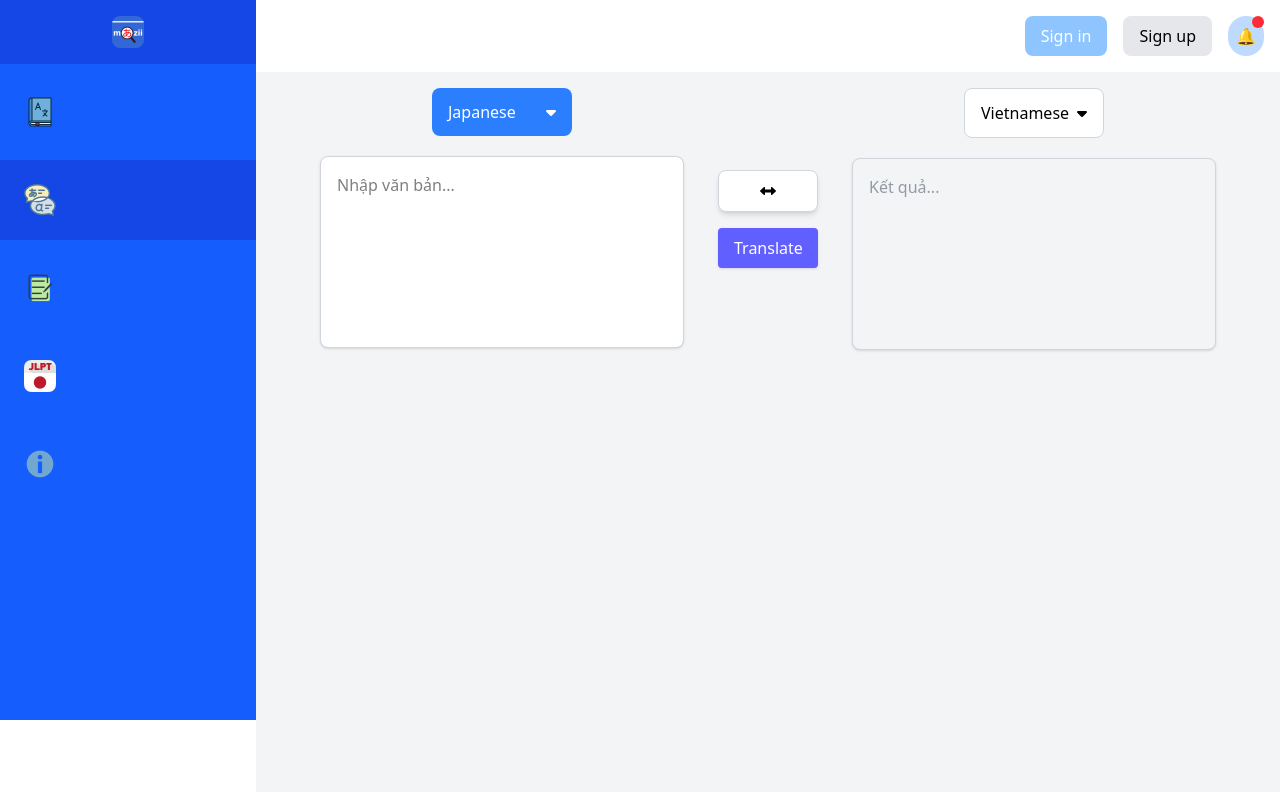
Repository: reminzuetto/JapaneseTranslationApp
Page: /translate
An editor plug-in stored every save of this project. The page is shown before and after the next save, followed by the edit.
The browser window is 1280 px wide. The pictures show the whole page.
The page's requests for data from a server got no answer. The project was rebuilt for these pictures with package versions that can differ from the ones it lists, and the page was loaded fresh each time. No one was signed in, and anything a server would have sent is missing. Also part of the build but not shown: vite.config.js, src/components/Header/NotificationItem.jsx, src/components/SeachBar/DropDownButton.jsx, src/components/SeachBar/SearchInput.jsx, src/components/SeachBar/SearchBar.jsx, src/pages/Home.jsx, src/Firebase.jsx, src/pages/SignInForm.jsx and 5 more.

Above is the page before, as saved 2025-03-18 00:13:04.

### src/App.jsx
import React, { useState } from "react";
import { BrowserRouter as Router, Routes, Route } from "react-router-dom";
import Header from "./components/Header/Header";
import Home from "./pages/Home";
import Sidebar from "./components/SideBar/SideBar";
import SignInForm from "./pages/SignInForm";
import SignUpForm from "./pages/SignUpForm";
import SearchPage from "./pages/SearchPage";
import TranslatePage from "./pages/TranslatePage";
import CollectionPage from "./pages/CollectionPage";
import JLPTPage from "./pages/JLPTPage";
import AboutPage from "./pages/AboutPage";

function App() {
  const [isSidebarOpen, setIsSidebarOpen] = useState(false);

  return (
    <Router>
      <div className="flex">
        {/* Sidebar */}
        <Sidebar isOpen={isSidebarOpen} setIsOpen={setIsSidebarOpen} />

        {/* Nội dung chính */}
        <div
          className={`flex-1 transition-all duration-300 ${
            isSidebarOpen ? "ml-64" : "ml-20"
          }`}
        >
          <Header />
          <Routes>
            <Route path="/" element={<Home />} />
            <Route path="/signin" element={<SignInForm />} />
            <Route path="/signup" element={<SignUpForm />} />
            <Route path="/search" element={<SearchPage />} />
            <Route path="/translate" element={<TranslatePage />} />
            <Route path="/collection" element={<CollectionPage />} />
            <Route path="/jlpt" element={<JLPTPage />} />
            <Route path="/about" element={<AboutPage />} />
          </Routes>
        </div>
      </div>
    </Router>
  );
}

export default App;

### src/components/Header/Header.jsx
import React, { useState } from "react";
import useClickOutside from "../../hooks/useClickOutside";
import notificationsData from "/src/Data.js";
import NotificationItem from "../Header/NotificationItem";
import { Link } from "react-router-dom";

const Header = () => {
  const { show, setShow, nodeRef } = useClickOutside();
  const [notifications, setNotifications] = useState(notificationsData);

  const markAsSeen = (id) => {
    setNotifications((prev) =>
      prev.map((item) => (item.id === id ? { ...item, seen: true } : item))
    );
  };

  return (
    <header className="flex items-center justify-end p-4 bg-white shadow-md  top-0 left-0 w-full z-50">
      <div className="flex items-center gap-4">
        <Link to="/signin">
          <button className="px-4 py-2 text-white bg-blue-300 rounded-lg hover:bg-blue-500">
            Sign in
          </button>
        </Link>

        <Link to="/signup">
          <button className="px-4 py-2 text-blue bg-gray-200 rounded-lg hover:bg-blue-500 hover:text-white">
            Sign up
          </button>
        </Link>
        <div className="relative" ref={nodeRef}>
          <div
            className="relative p-2 rounded-full bg-blue-200 hover:bg-blue-400 cursor-pointer"
            onClick={() => setShow(!show)}
          >
            🔔
            {notifications.some((item) => !item.seen) && (
              <span className="absolute top-0 right-0 w-3 h-3 bg-red-500 rounded-full"></span>
            )}
          </div>

          {show && (
            <div className="absolute top-full -left-2 min-w-[250px] translate-x-[-100%] mt-2 bg-white shadow-lg rounded-lg border border-gray-200">
              {notifications.length > 0 ? (
                notifications.map((item) => (
                  <NotificationItem
                    key={item.id}
                    id={item.id}
                    title={item.title}
                    time={item.time}
                    seen={item.seen}
                    onMarkAsSeen={markAsSeen}
                  />
                ))
              ) : (
                <div className="p-4 text-center text-gray-400">
                  Không có thông báo mới
                </div>
              )}
            </div>
          )}
        </div>
      </div>
    </header>
  );
};

export default Header;

### src/components/SideBar/SideBar.jsx
import React from "react";
import { NavLink } from "react-router-dom";

const SidebarItem = ({ src, text, to }) => (
  <li className="w-full">
    <NavLink
      to={to}
      className={({ isActive }) =>
        `flex items-center h-20 text-gray-200 no-underline transition duration-500 hover:bg-blue-700 hover:text-white hover:shadow-lg hover:font-bold hover:rounded-lg hover:ml-3 hover:mr-3 ${
          isActive ? "bg-blue-700 font-bold text-white" : ""
        }`
      }
    >
      <img className="w-8 min-w-8 mx-6" src={src} alt={text} />
      <span className="hidden group-hover:block ml-4">{text}</span>
    </NavLink>
  </li>
);

const SideBar = ({ isOpen, setIsOpen }) => {
  const menuItems = [
    { src: "/src/assets/SearchIcon.png", text: "Search", to: "/search" },
    {
      src: "/src/assets/TranslateIcon.png",
      text: "Translate",
      to: "/translate",
    },
    {
      src: "/src/assets/CollectionIcon.png",
      text: "Collection",
      to: "/collection",
    },
    { src: "/src/assets/JLPTIcon.png", text: "JLPT", to: "/jlpt" },
    { src: "/src/assets/AboutIcon.jpg", text: "About us", to: "/about" },
  ];

  return (
    <nav
      className={`w-20 h-screen fixed z-51 bg-blue-600 transition-all duration-200 hover:w-64 group ${
        isOpen ? "w-64" : "w-20"
      }`}
      onMouseEnter={() => setIsOpen(true)}
      onMouseLeave={() => setIsOpen(false)}
    >
      <ul className="flex flex-col items-center space-y-2">
        <li className="w-full text-center py-4 bg-blue-700 font-bold uppercase text-white text-2xl">
          <NavLink className="flex items-center justify-center" to="/">
            <img
              className="w-8 h-8 rounded-lg transition-transform duration-600 group-hover:rotate-[-360deg]"
              src="/src/assets/MaziiLogo.png"
              alt="Mazii logo"
            />
            <span className="hidden group-hover:block ml-4">Mazzi</span>
          </NavLink>
        </li>
        {menuItems.map((item, index) => (
          <SidebarItem
            key={index}
            src={item.src}
            text={item.text}
            to={item.to}
          />
        ))}
      </ul>
    </nav>
  );
};

export default SideBar;

### src/pages/TranslatePage.jsx
import React, { useState } from "react";
import LanguageSelector from "../components/TranslatePage/LanguageSelector";
import TextBox from "../components/TranslatePage/TextBox";
import { FontAwesomeIcon } from "@fortawesome/react-fontawesome";
import { faArrowsAltH } from "@fortawesome/free-solid-svg-icons";

const TranslatePage = () => {
  const [state, setState] = useState({
    text: "",
    translatedText: "",
    sourceLang: "ja",
    targetLang: "vi",
  });

  const languageOptions = [
    { label: "Japanese", value: "ja" },
    { label: "Vietnamese", value: "vi" },
    { label: "English", value: "en" },
  ];

  const handleTranslate = async () => {
    if (!state.text) return;
    setState((prev) => ({
      ...prev,
      translatedText: `(${prev.targetLang}) ${prev.text}`,
    }));
  };

  const swapLanguages = () => {
    setState((prev) => ({
      ...prev,
      sourceLang: prev.targetLang,
      targetLang: prev.sourceLang,
      text: prev.translatedText,
      translatedText: prev.text,
    }));
  };

  return (
    <div className="flex flex-col items-center min-h-screen bg-gray-100 p-4">
      <div className="grid grid-cols-12 gap-4 max-w-4xl w-full">
        {/* Ô nhập ngôn ngữ gốc */}
        <div className="col-span-5 flex flex-col items-center gap-5">
          <LanguageSelector
            type="from"
            value={state.sourceLang}
            onChange={(lang) =>
              setState((prev) => ({ ...prev, sourceLang: lang }))
            }
            options={languageOptions}
          />
          <TextBox
            value={state.text}
            onChange={(text) => setState((prev) => ({ ...prev, text }))}
          />
        </div>

        {/* Khu vực nút chuyển đổi */}
        <div className="col-span-2 flex flex-col  justify-center items-center space-y-4">
          <button
            onClick={swapLanguages}
            className="p-2 bg-white w-[100px] text-black rounded-lg shadow-md border border-gray-300 hover:bg-gray-200 transition"
          >
            <FontAwesomeIcon icon={faArrowsAltH} />
          </button>

          <button
            onClick={handleTranslate}
            className="px-4 py-2 flex item-center w-[100px] bg-indigo-500 text-white rounded shadow hover:bg-indigo-600"
          >
            Translate
          </button>
        </div>

        {/* Ô hiển thị kết quả dịch */}
        <div className="col-span-5 flex flex-col items-center gap-5">
          <LanguageSelector
            type="to"
            value={state.targetLang}
            onChange={(lang) =>
              setState((prev) => ({ ...prev, targetLang: lang }))
            }
            options={languageOptions}
          />
          <TextBox value={state.translatedText} readOnly />
        </div>
      </div>
    </div>
  );
};

export default TranslatePage;

### src/hooks/useClickOutside.jsx
import { useEffect, useRef, useState } from "react";

export default function useClickOutside(dom = "button") {
  const [show, setShow] = useState(false);
  const nodeRef = useRef(null);
  useEffect(() => {
    const handleClickOutside = (event) => {
      if (
        nodeRef.current &&
        !nodeRef.current.contains(event.target) &&
        !event.target.matches(dom)
      ) {
        setShow(false);
      }
    };
    document.addEventListener("click", handleClickOutside);
    return () => {
      document.removeEventListener("click", handleClickOutside);
    };
  }, []);

  return {
    show,
    setShow,
    nodeRef,
  };
}

### src/Data.js
const notificationsData = [
  {
    id: 1,
    title: "JavaScript Update",
    content: "Phiên bản mới của JavaScript đã được phát hành.",
    time: "10 phút trước",
    seen: false,
  },
  {
    id: 2,
    title: "ReactJS Tips",
    content: "Học cách tối ưu hóa hiệu suất trong ReactJS.",
    time: "30 phút trước",
    seen: true,
  },
  {
    id: 3,
    title: "VueJS News",
    content: "Vue 3 đang ngày càng phổ biến hơn!",
    time: "1 giờ trước",
    seen: false,
  },
  {
    id: 4,
    title: "Next.js Guide",
    content: "Làm thế nào để sử dụng Server Actions hiệu quả?",
    time: "3 giờ trước",
    seen: true,
  },
  {
    id: 5,
    title: "PostgreSQL Tips",
    content: "Cách tối ưu truy vấn SQL cho tốc độ nhanh hơn.",
    time: "5 giờ trước",
    seen: false,
  },
];

export default notificationsData;

### src/components/TranslatePage/LanguageSelector.jsx
import { useState, useRef, useEffect } from "react";
import { FontAwesomeIcon } from "@fortawesome/react-fontawesome";
import { faCaretUp, faCaretDown } from "@fortawesome/free-solid-svg-icons";

function LanguageSelector({ type, value, onChange, options }) {
  const [isOpen, setIsOpen] = useState(false);
  const dropdownRef = useRef(null);

  useEffect(() => {
    function handleClickOutside(event) {
      if (dropdownRef.current && !dropdownRef.current.contains(event.target)) {
        setIsOpen(false);
      }
    }
    document.addEventListener("mousedown", handleClickOutside);
    return () => {
      document.removeEventListener("mousedown", handleClickOutside);
    };
  }, []);

  const selectedLabel =
    options.find((option) => option.value === value)?.label || "Chọn ngôn ngữ";

  // Xác định màu nền theo loại (From/To)
  const bgColor = type === "from" ? "bg-blue-500" : "bg-white";
  const hover =
    type === "from"
      ? "hover:bg-blue-600"
      : "hover:bg-blue-600 hover:text-white";
  const textColor = type === "from" ? "text-white" : "text-black";
  const border = type === "from" ? "" : "border border-gray-300";
  return (
    <div className="relative w-auto mx-10" ref={dropdownRef}>
      <button
        className={`flex items-center justify-between whitespace-nowrap ${bgColor} font-medium px-4 py-3 rounded-lg ${hover} ${textColor} ${border} transition cursor-pointer w-35`}
        onClick={() => setIsOpen(!isOpen)}
      >
        <span>{selectedLabel}</span>
        <FontAwesomeIcon
          icon={isOpen ? faCaretUp : faCaretDown}
          className="ml-2"
        />
      </button>

      {isOpen && (
        <ul className="absolute left-0 right-0 mt-2 bg-gray-200 text-gray-900 text-lg rounded-md shadow-lg z-10">
          {options.map((option) => (
            <li
              key={option.value}
              className="flex items-center justify-between px-4 py-3 hover:bg-gray-300 cursor-pointer transition"
              onClick={() => {
                onChange(option.value);
                setIsOpen(false);
              }}
            >
              <span>{option.label}</span>
            </li>
          ))}
        </ul>
      )}
    </div>
  );
}

export default LanguageSelector;

### src/components/TranslatePage/TextBox.jsx
const TextBox = ({ value, onChange, readOnly = false }) => {
  return (
    <textarea
      value={value}
      onChange={(e) => onChange && onChange(e.target.value)}
      placeholder={readOnly ? "Kết quả..." : "Nhập văn bản..."}
      readOnly={readOnly}
      className={`w-full p-4 border border-gray-300 rounded-lg h-48 resize-none shadow-sm focus:outline-none focus:ring-2 focus:ring-blue-500 transition ${
        readOnly ? "bg-gray-100 text-gray-700" : "bg-white"
      }`}
    />
  );
};

export default TextBox;

Loaded but not shown: index.html (common file); src/main.jsx (common file); src/index.css (common file)

After the next save:
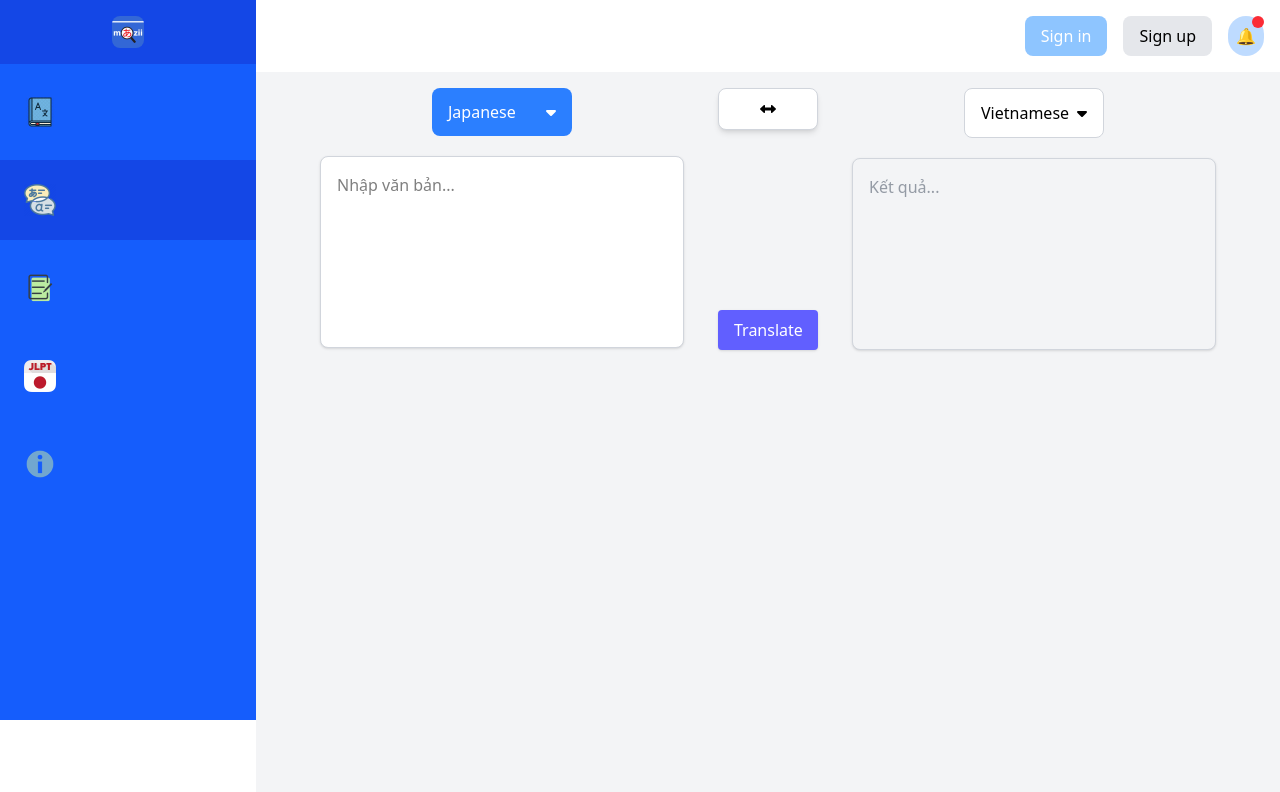
Saved 7 s later.
--- a/src/pages/TranslatePage.jsx
+++ b/src/pages/TranslatePage.jsx
@@ -56,7 +56,7 @@
         </div>
 
         {/* Khu vực nút chuyển đổi */}
-        <div className="col-span-2 flex flex-col  justify-center items-center space-y-4">
+        <div className="col-span-2 flex flex-col justify-between items-center space-y-4">
           <button
             onClick={swapLanguages}
             className="p-2 bg-white w-[100px] text-black rounded-lg shadow-md border border-gray-300 hover:bg-gray-200 transition"

After the save that followed:
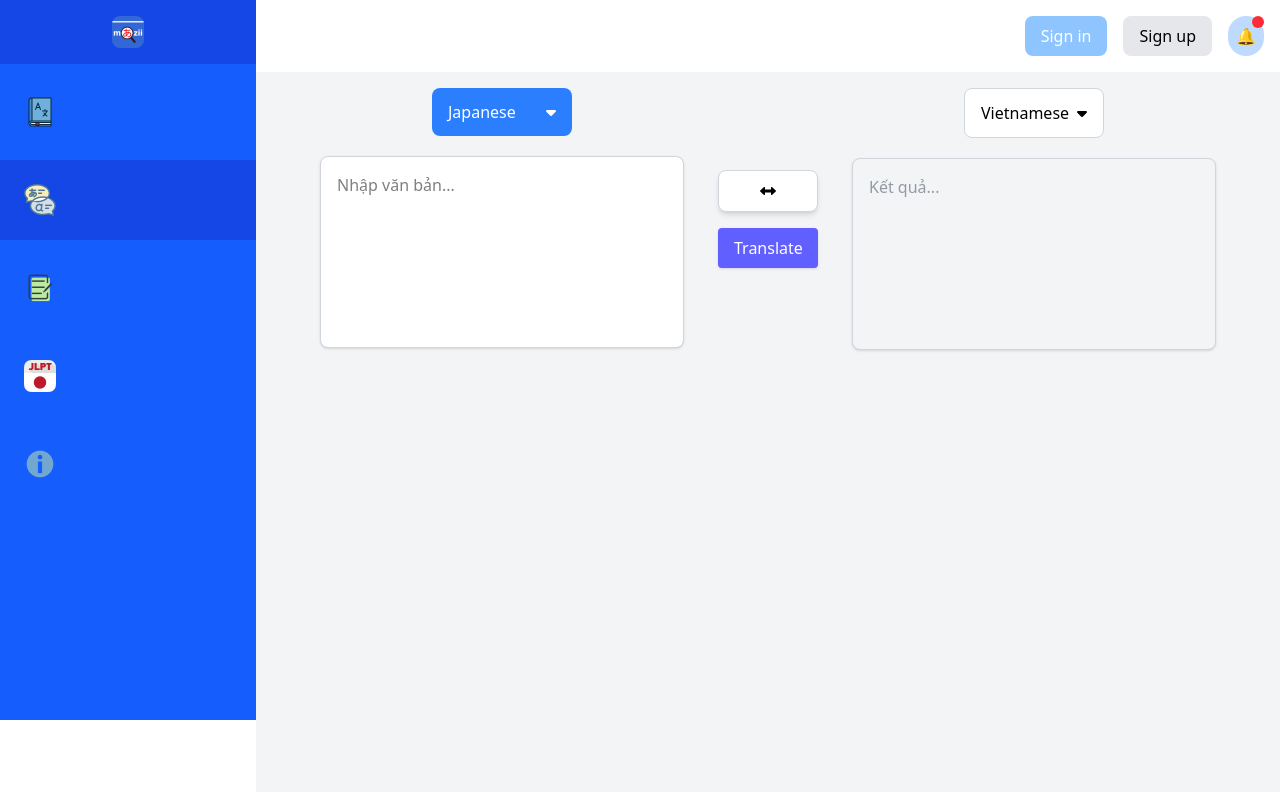
Saved 7 s later.
--- a/src/pages/TranslatePage.jsx
+++ b/src/pages/TranslatePage.jsx
@@ -56,7 +56,7 @@
         </div>
 
         {/* Khu vực nút chuyển đổi */}
-        <div className="col-span-2 flex flex-col justify-between items-center space-y-4">
+        <div className="col-span-2 flex flex-col  justify-center items-center space-y-4">
           <button
             onClick={swapLanguages}
             className="p-2 bg-white w-[100px] text-black rounded-lg shadow-md border border-gray-300 hover:bg-gray-200 transition"
